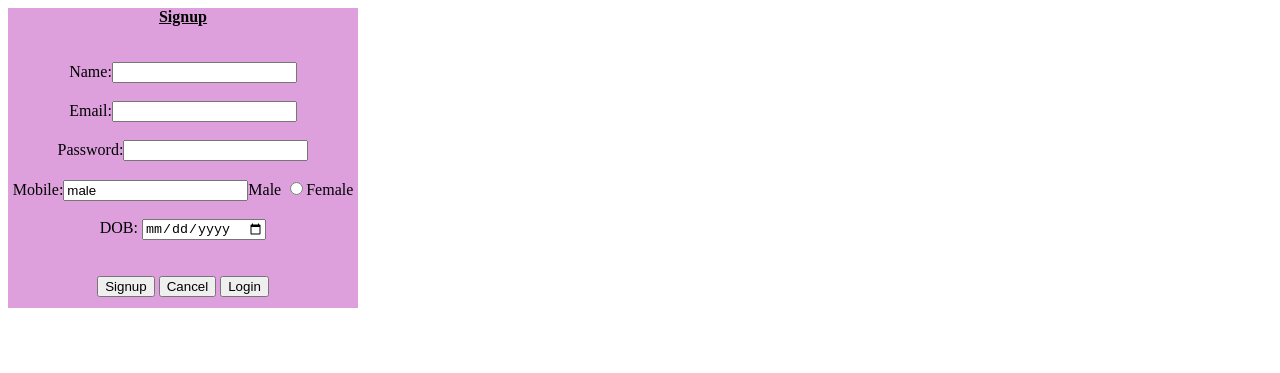
Repository: Spurthiv/todoapp
Page: Servlet_todo_app/src/main/webapp/Signup.html
These files come from the project's save history. The page is drawn as it stood at one moment and after the next save; the edit follows.
The browser window is 1280 px wide. The pictures show the whole page.

Above is the page before, as saved 2023-11-22 07:28:04.

After the next save:
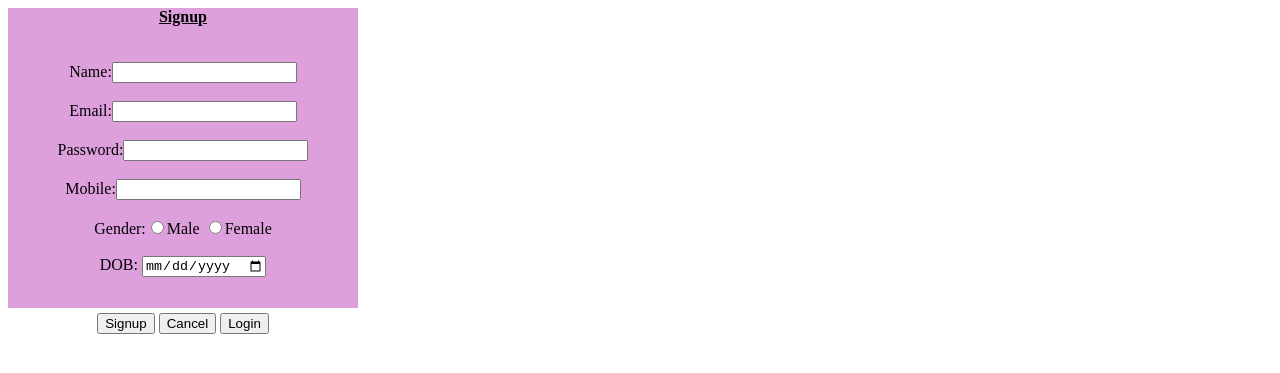
Saved 26 s later.
--- a/Servlet_todo_app/src/main/webapp/Signup.html
+++ b/Servlet_todo_app/src/main/webapp/Signup.html
@@ -24,7 +24,7 @@
         Name:<input type="text" name="name" /> <br><br>
         Email:<input type="email" name="email" /> <br><br>
         Password:<input type="text" name="pwd" /> <br><br>
-Mobile:<input type="tel" pattern="[0-9](10)"
+Mobile:<input type="tel" pattern="[0-9](10)" name="mob" /> <br><br>
         Gender:<input type="radio" name="gender" value="male">Male
         <input type="radio" name="gender" value="female">Female <br><br>
 
